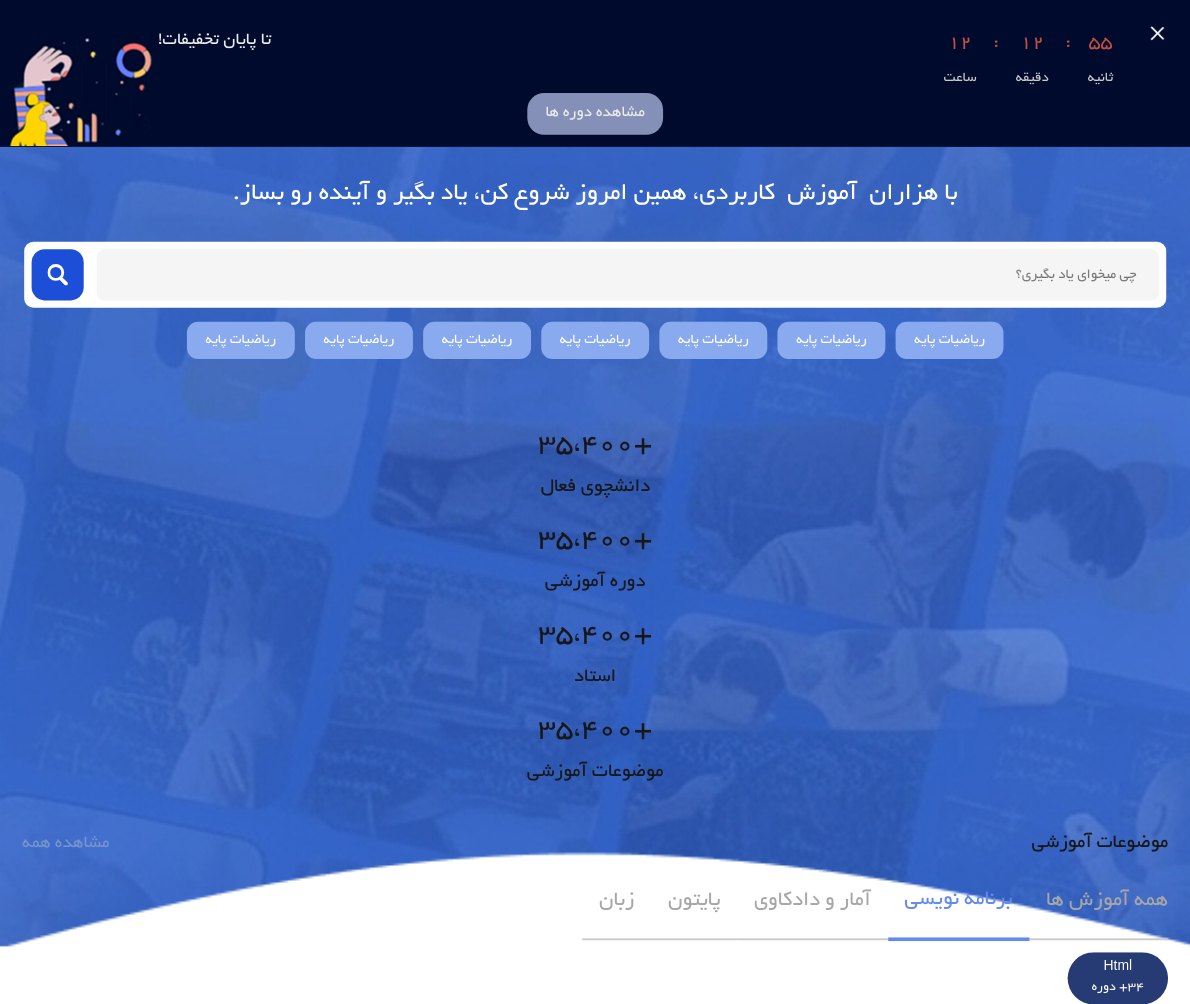
Repository: sinafath/fradars
Page: /
The author's editor kept a copy of each file at every save. The page is drawn from the files as they stood at one save, then again after a run of saves.
The browser window is 1280 px wide. The pictures show the whole page, at 93% of full size.
The project was rebuilt for these pictures with package versions that can differ from the ones it lists, and the page was loaded fresh each time. The framework's server and built-in components were replaced by stand-ins that run in the browser. Also part of the build but not shown: next.config.ts.

Above is the page before, as saved 2025-09-22 18:00:29.

After the next 2 saves:
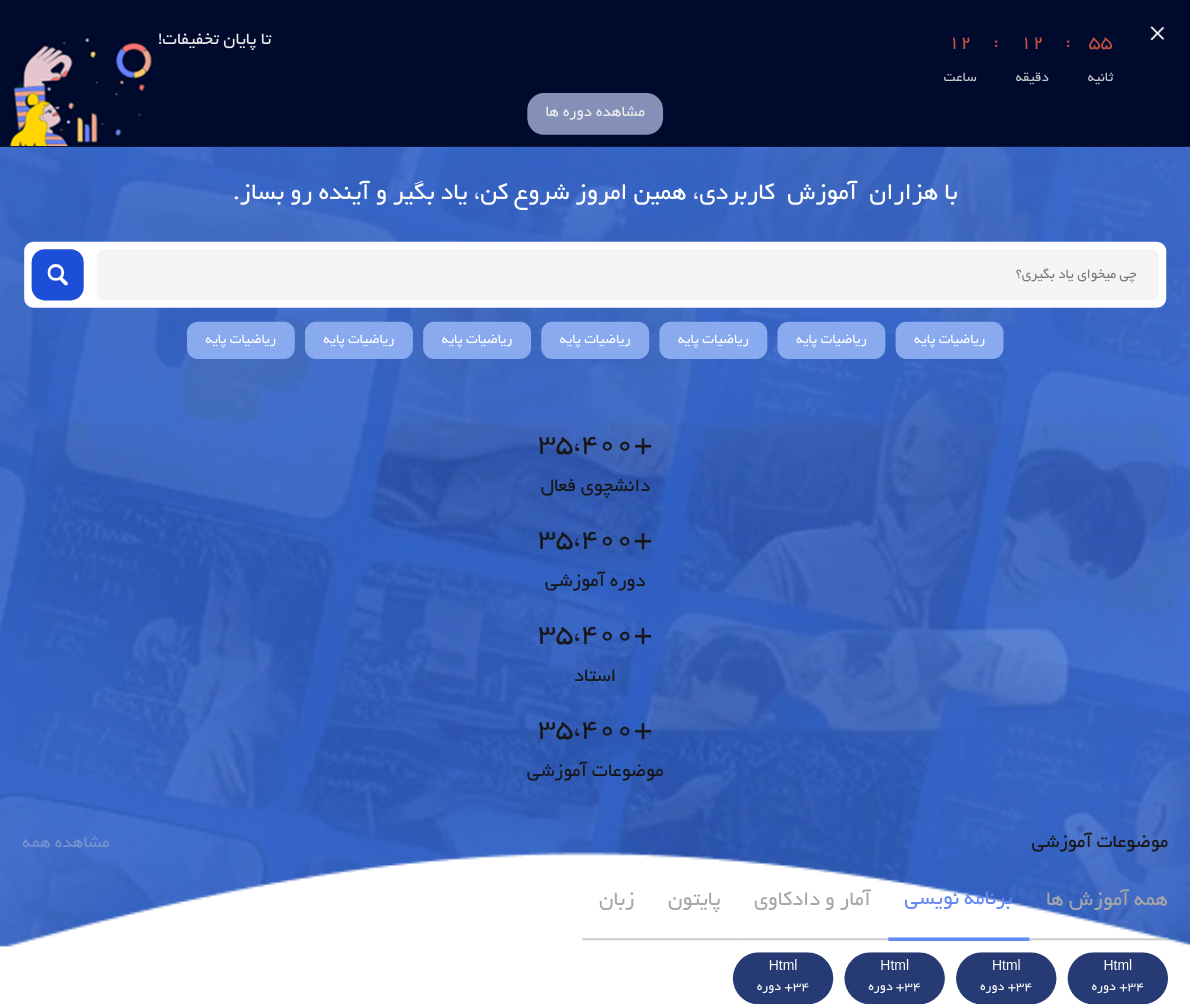
The 2 saves are shown as one change because they came seconds apart.
The last was saved 16 s later.
--- a/src/app/page.tsx
+++ b/src/app/page.tsx
@@ -99,6 +99,16 @@
           <div className="">Html</div>
           <div>34+ دوره</div>
         </Column>
+        <Column justify="center" align="center" className=" items-center align-center rounded-[28px] w-[108px] h-[56px]   flex-shrink-0  bg-[#263A73] text-center text-white text-[15px]">
+          <div className="">Html</div>
+          <div>34+ دوره</div>
+        </Column>        <Column justify="center" align="center" className=" items-center align-center rounded-[28px] w-[108px] h-[56px]   flex-shrink-0  bg-[#263A73] text-center text-white text-[15px]">
+          <div className="">Html</div>
+          <div>34+ دوره</div>
+        </Column>        <Column justify="center" align="center" className=" items-center align-center rounded-[28px] w-[108px] h-[56px]   flex-shrink-0  bg-[#263A73] text-center text-white text-[15px]">
+          <div className="">Html</div>
+          <div>34+ دوره</div>
+        </Column>
 
       </Row>
     </div>
